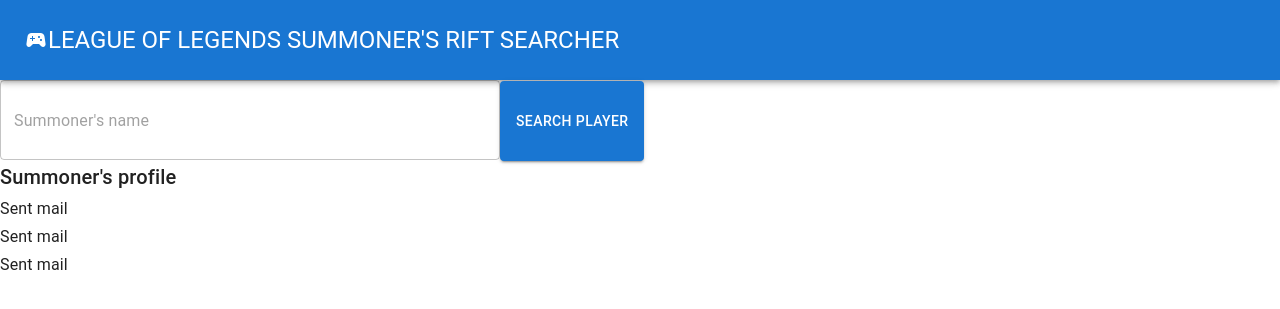
Repository: Mikerr21/League-Of-Legends-API
Page: /
The author's editor kept a copy of each file at every save. The page is drawn from the files as they stood at one save, then again after the next save.
The browser window is 1280 px wide. The pictures show the whole page.
The page's requests for data from a server got no answer. The project was rebuilt for these pictures with package versions that can differ from the ones it lists, and the page was loaded fresh each time. No one was signed in, and anything a server would have sent is missing.

Above is the page before, as saved 2022-09-24 22:22:37.

### public/index.html
<!DOCTYPE html>
<html lang="en">
  <head>
    <meta charset="utf-8" />
    <link rel="icon" href="%PUBLIC_URL%/favicon.ico" />
    <meta name="viewport" content="width=device-width, initial-scale=1" />
    <meta name="theme-color" content="#000000" />
    <meta
      name="description"
      content="Web site created using create-react-app"
    />
    <link rel="apple-touch-icon" href="%PUBLIC_URL%/logo192.png" />

    <title>React App</title>
  </head>
  <body>
    <noscript>You need to enable JavaScript to run this app.</noscript>
    <div id="root"></div>

  </body>
</html>

### src/App.js
import React from "react";
import axios from "axios";
import { useState } from "react";
import { AppBar } from "@mui/material";
import { Toolbar } from "@mui/material";
import { CssBaseline } from "@mui/material";
import SportsEsportsIcon from "@mui/icons-material/SportsEsports";
import OutlinedInput from "@mui/material/OutlinedInput";

import { Typography } from "@mui/material";
import { Button } from "@mui/material";
import { Box } from "@mui/material";

import ListSubheader from '@mui/material/ListSubheader';
import List from '@mui/material/List';
import ListItemButton from '@mui/material/ListItemButton';
import ListItemIcon from '@mui/material/ListItemIcon';
import ListItemText from '@mui/material/ListItemText';
import Collapse from '@mui/material/Collapse';
import InboxIcon from '@mui/icons-material/MoveToInbox';
import DraftsIcon from '@mui/icons-material/Drafts';
import SendIcon from '@mui/icons-material/Send';
import ExpandLess from '@mui/icons-material/ExpandLess';
import ExpandMore from '@mui/icons-material/ExpandMore';
import StarBorder from '@mui/icons-material/StarBorder';



function App() {
  const [searchPlayer, setSearchPlayer] = useState("");
  const [playerData, setPlayerData] = useState({});
  const API_KEY = "c4eb3244-2494-4789-a6a3-47b4f6d5b70a";

  function fetchPlayerData(event) {
    var API_KEY = "RGAPI-e5d7e95c-8a4e-4469-bf42-53bc6d1175b3";
    var API_CALL_STRING =
      "https://euw1.api.riotgames.com/lol/summoner/v4/summoners/by-name/" +
      searchPlayer +
      "?api_key=" +
      API_KEY;
    axios
      .get(API_CALL_STRING)
      .then(function (response) {
        //Success

        setPlayerData(response.data);
      })
      .catch(function (error) {
        //Error
        console.log(error);
      });
  }

  return (
    <div className="App">
      <CssBaseline />


      <AppBar position="static">
        <Toolbar variant="dense" style={{ height: "80px" }}>
          <SportsEsportsIcon></SportsEsportsIcon>
          <Typography variant="h5" component="h2">
            LEAGUE OF LEGENDS SUMMONER'S RIFT SEARCHER
          </Typography>
        </Toolbar>
      </AppBar>
      <Box>
        <OutlinedInput
          onChange={(e) => setSearchPlayer(e.target.value)}
          type="text"
          placeholder="Summoner's name"
          style={{ height: "80px", width: "500px" }}
        ></OutlinedInput>
        <Button
          onClick={fetchPlayerData()}
          variant="contained"
          style={{ height: "80px" }}
        >
          Search player
        </Button>
      </Box>
      {JSON.stringify(playerData.data)}

      <List
      sx={{ width: '100%', maxWidth: 360, bgcolor: 'background.paper' }}
      component="nav"
      aria-labelledby="nested-list-subheader"
      subheader={
        <Typography variant="h6">
         Summoner's profile
        </Typography>
      }
    >
      {/* <ListItemButton>
        <ListItemIcon>
          <SendIcon />
        </ListItemIcon>
        <ListItemText primary="Sent mail" />
      </ListItemButton>
      <ListItemButton>
        <ListItemIcon>
          <DraftsIcon />
        </ListItemIcon>
        <ListItemText primary="Drafts" />
      </ListItemButton>
        <List component="div" disablePadding>
          <ListItemButton sx={{ pl: 4 }}>
            <ListItemIcon>
              <StarBorder />
            </ListItemIcon>
            <ListItemText primary="Starred" />
          </ListItemButton>
        </List>
     */}
 <ListItemText primary="Sent mail"></ListItemText>
 <ListItemText primary="Sent mail"></ListItemText>
 <ListItemText primary="Sent mail"></ListItemText>
 </List>
    </div>
  );
}

export default App;

Loaded but not shown: src/index.js (common file)

After the next save:
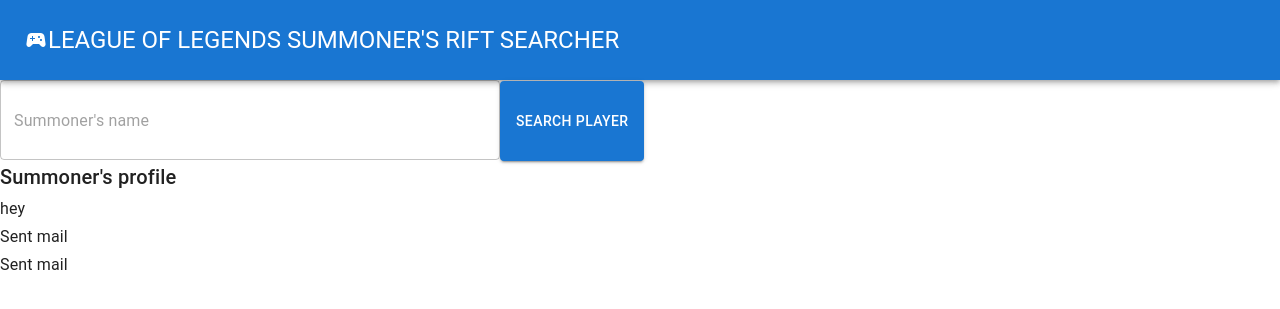
Saved 64 s later.
--- a/src/App.js
+++ b/src/App.js
@@ -112,7 +112,7 @@
           </ListItemButton>
         </List>
      */}
- <ListItemText primary="Sent mail"></ListItemText>
+ <ListItemText primary="hey"></ListItemText>
  <ListItemText primary="Sent mail"></ListItemText>
  <ListItemText primary="Sent mail"></ListItemText>
  </List>
